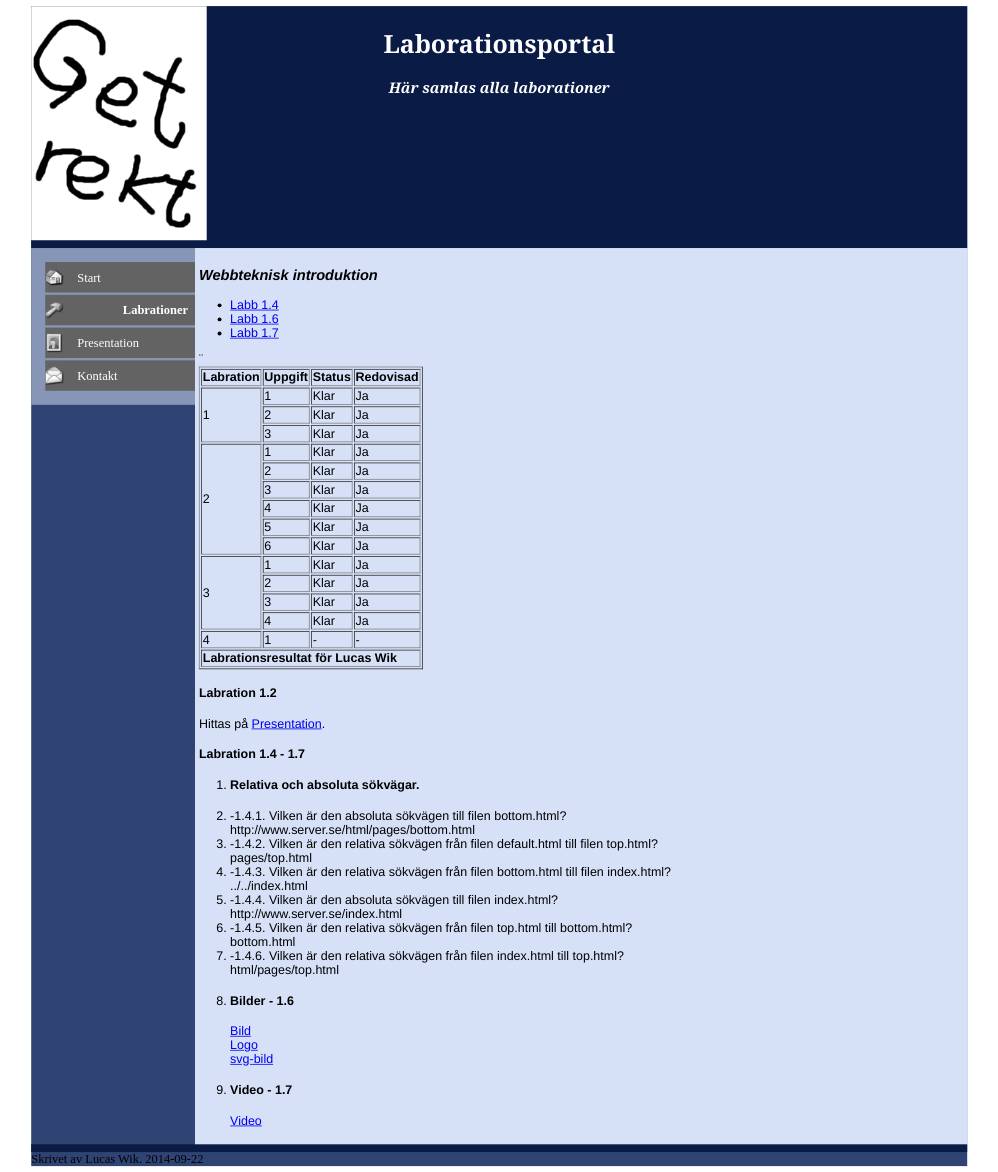
Repository: lw222gz/1ik415-laborationer
Page: Pages/labrationer.html
The author's editor kept a record of every edit. The page is drawn from the files as they stood at one moment, then again after the next edit.
The browser window is 1280 px wide. The pictures show the whole page, at 78% of full size.

Above is the page before.

### Pages/labrationer.html
<!doctype html>
<html lang="sv">
    <head>
        <meta charset="utf-8" />
        <link rel="stylesheet" media="print" href="../Css/print.css" />
        <link rel="apple-touch-icon-precomposed" sizes="72x72" href="../Css/Pics/get%20rekt.png" />
        <link rel="shortcut icon" href="../Css/Pics/get%20rekt.png" />
        <link rel="stylesheet" href="../Css/Style.css" />
        <link rel="stylesheet" media="only screen and (max-device-width: 480px)" href="../Css/Phone.css" />
        <meta content='width=device-width; initial-scale=1.0; maximum-scale=1.0; user-scalable=0;' name='viewport' />
        <title>labrationer</title>
    </head>
<body>
<div id="container">


<header id="header">
<h1>Laborationsportal</h1>
<h3>Här samlas alla laborationer</h3>
</header>

<nav id="navigator">
<ul>
    <li><a id="Start-icon" href="../index.html">Start</a></li>
    <li class="active"><a id="Labrationer-icon" href="labrationer.html">Labrationer</a></li>
    <li><a id="Presentation-icon" href="presentation.html">Presentation</a></li>
    <li><a id="Kontakt-icon" href="kontakt.html">Kontakt</a></li>
</ul>
</nav>

<main id="content">
<h3>Webbteknisk introduktion</h3>
    <ul>
        <li><a href="#1.4">Labb 1.4</a></li>
        <li><a href="#1.6">Labb 1.6</a></li>
        <li><a href="#1.7">Labb 1.7</a></li>
    </ul>

<table border="1">
    <thead>
        <tr>
            <th>Labration</th>
            <th>Uppgift</th>
            <th>Status</th>
            <th>Redovisad</th>
        </tr>
    </thead>

    <tfoot>
        <tr>
            <th colspan="4">Labrationsresultat för Lucas Wik</th>
        </tr>
    </tfoot>

    <tbody>
        <tr>
            <td rowspan=3>1</td>
                                <td>1</td>
                                <td>Klar</td>
                                <td>Ja</td>
        </tr>
        <tr>
                                <td>2</td>
                                <td>Klar</td>
                                <td>Ja</td>
        </tr>
        <tr>
                                <td>3</td>
                                <td>Klar</td>
                                <td>Ja</td>
        </tr>
        <tr>
            <td rowspan=6>2</td>
                                <td>1</td>
                                <td>Klar</td>
                                <td>Ja</td>
        </tr>
        <tr>
                                <td>2</td>
                                <td>Klar</td>
                                <td>Ja</td>
        </tr>
        <tr>
                                <td>3</td>
                                <td>Klar</td>
                                <td>Ja</td>
        </tr>
        <tr>
                                <td>4</td>
                                <td>Klar</td>
                                <td>Ja</td>
        </tr>
        <tr>
                                <td>5</td>
                                <td>Klar</td>
                                <td>Ja</td>
        </tr>
        <tr>
                                <td>6</td>
                                <td>Klar</td>
                                <td>Ja</td>
        </tr>
            <td rowspan=4>3</td>
                                <td>1</td>
                                <td>Klar</td>
                                <td>Ja</td>
        </tr>
        <tr>
                                <td>2</td>
                                <td>Klar</td>
                                <td>Ja</td>
        </tr>
        <tr>
                                <td>3</td>
                                <td>Klar</td>
                                <td>Ja</td>
        </tr>
        <tr>
                                <td>4</td>
                                <td>Klar</td>
                                <td>Ja</td>
        </tr>
        <tr>
            <td>4</td>
                                <td>1</td>
                                <td>-</td>
                                <td>-</td>¨
        </tr>
    </tbody>
</table>


<h4>Labration 1.2</h4>
Hittas på <a href="presentation.html">Presentation</a>.



<h4>Labration 1.4 - 1.7</h4>
<ol>
    <li><a id="1.4"></a><h4>Relativa och absoluta sökvägar.</h4>
        <li>-1.4.1. Vilken är den absoluta sökvägen till filen bottom.html?<br />
                http://www.server.se/html/pages/bottom.html</li>

        <li>-1.4.2. Vilken är den relativa sökvägen från filen default.html till filen top.html?<br />
                pages/top.html</li>

        <li>-1.4.3. Vilken är den relativa sökvägen från filen bottom.html till filen index.html?<br />
                ../../index.html</li>

        <li>-1.4.4. Vilken är den absoluta sökvägen till filen index.html?<br />
                http://www.server.se/index.html</li>

        <li>-1.4.5. Vilken är den relativa sökvägen från filen top.html till bottom.html?<br />
                bottom.html</li>

        <li>-1.4.6. Vilken är den relativa sökvägen från filen index.html till top.html?<br />
                html/pages/top.html</li>


    <li><a id="1.6"></a><h4>Bilder - 1.6</h4>
        <a href="presentation.html#bild">Bild</a><br />
        <a href="../Css/Pics/get%20rekt.png">Logo</a><br />
        <a href="../index.html#grsm">svg-bild</a>
    </li>
    <li><a id="1.7"></a><h4>Video - 1.7</h4>
        <a href="https://1ik415-laborationer-c9-lw222gz_1.c9.io/Videos/index.html#Video">Video</a>
    </li>
</ol>
</main>

<footer id="footer">

</footer>
    Skrivet av Lucas Wik. 2014-09-22
</div>
</div>

</body>
</html>

### Css/Style.css
#header {
        background-color:#0A1C46;
        color:white;
        height:300px;
        text-align:center;
        padding:5px;
        font-family:georgia;

        background-image:url(Pics/get%20rekt.png);
        background-position:top left;
        background-repeat: no-repeat;
        background-size:225px 300px;
        }

#navigator
        {
        float:left;
        width:200px;
        height:auto;
        background-color:#8795B6;
        color:black;
        padding:5px;
        }

#navigator a
        {
        text-indent:30px;
        background-image:url(Pics/sprite.png);
        background-repeat:no-repeat;
        }

#container
        {
        width:1200px;
        background-color:#304474;
        margin:0 auto;
        }

#content
        {
        float:right;
        margin:0px;
        width:980px;
        text-align:left;
        background-color:#D6E0F7;
        padding:5px;
        font-family: helvetica;
        }

#footer
        {
        clear:both;
        text-align:center;
        background-color:#0A1C46;
        color:white;
        padding:5px;
        }

#horizontal
        {
        height:1px;
        width:100%;
        margin-top:5px;
        margin-bottom:5px;
        background-color:#3D3D56;
        }

#hcard-Lucas-Axel-Karl-Wik
{
        padding:5px;
        background-color:#ccc;
        border:1px, solid black;
        font-size:90%;
}


#navigator ul
        {
                margin:5px;
                padding:5px;
                width:200px;
                list-style-type:none;
        }

#navigator ul li a
        {
                text-decoration:none;
                color:white;
                margin:3px;
                padding:10.5px 11px;
                background-color:#636363;
                display:block;
        }

#navigator ul li a:visited
        {
                color:#0944CA;
        }

#navigator ul li a:hover, navigator ul li .current
        {
                 color:white;
                 background-color:#1C1D1F;
        }

#Start-icon { background-position:0 -40px; }

#Start-icon:hover { background-position:0 8px; }

#Labrationer-icon { background-position:0px -136px; }

#Labrationer-icon:hover { background-position:0px -88px; }

#Presentation-icon { background-position:0px -232px; }

#Presentation-icon:hover { background-position:0px -184px; }

#Kontakt-icon { background-position:0px -328px; }

#Kontakt-icon:hover { background-position:0px -280px; }


.active
{
     font-weight:bold;
     text-align:right;
}

.bild
{
        background-image:url(Pics/kugghjul.png);
        background-repeat: no-repeat;
        background-position:top left;
        background-size:25px 25px;
        text-indent:40px;
}

.right { float:right; }

h2
{
        font-style:italic;
        text-decoration:underline;
}

h3 { font-style:oblique; }

fieldset { width:300px; }

### Css/print.css
@media print {

    #navigator, #footer { display:none; }

    video { display:none; }

    a:link:after, a:visited:after { content:" [" attr(href) "] "; }
    a:link { font-weight: bold; text-decoration: underline; color: #06c; }

    body
    {
    background: white;
    line-height: 1.2;
    word-spacing: 1px;
    }

    #content { background: transparent; }

    .right
    {
        position:relative;
        top:500px;
        right: 150px;
    }

     .notshow { display:none; }
}

### Css/Phone.css
@media only screen and (max-device-width: 480px) {

    #header, #navigator, #content, #footer { width:310px; }

    #content, #footer { font-size:12px; }

    #container { width:320px; }

    #content { margin:0; }

    #header { background-image:none; }

    #navigator ul li a { width:240px; }

    body { margin:0; }

    img { width:310px; }

    video { width:310px; }

    fieldset { width:250px; }

    .bild { background-size:20px 20px; }

}

After the next edit:
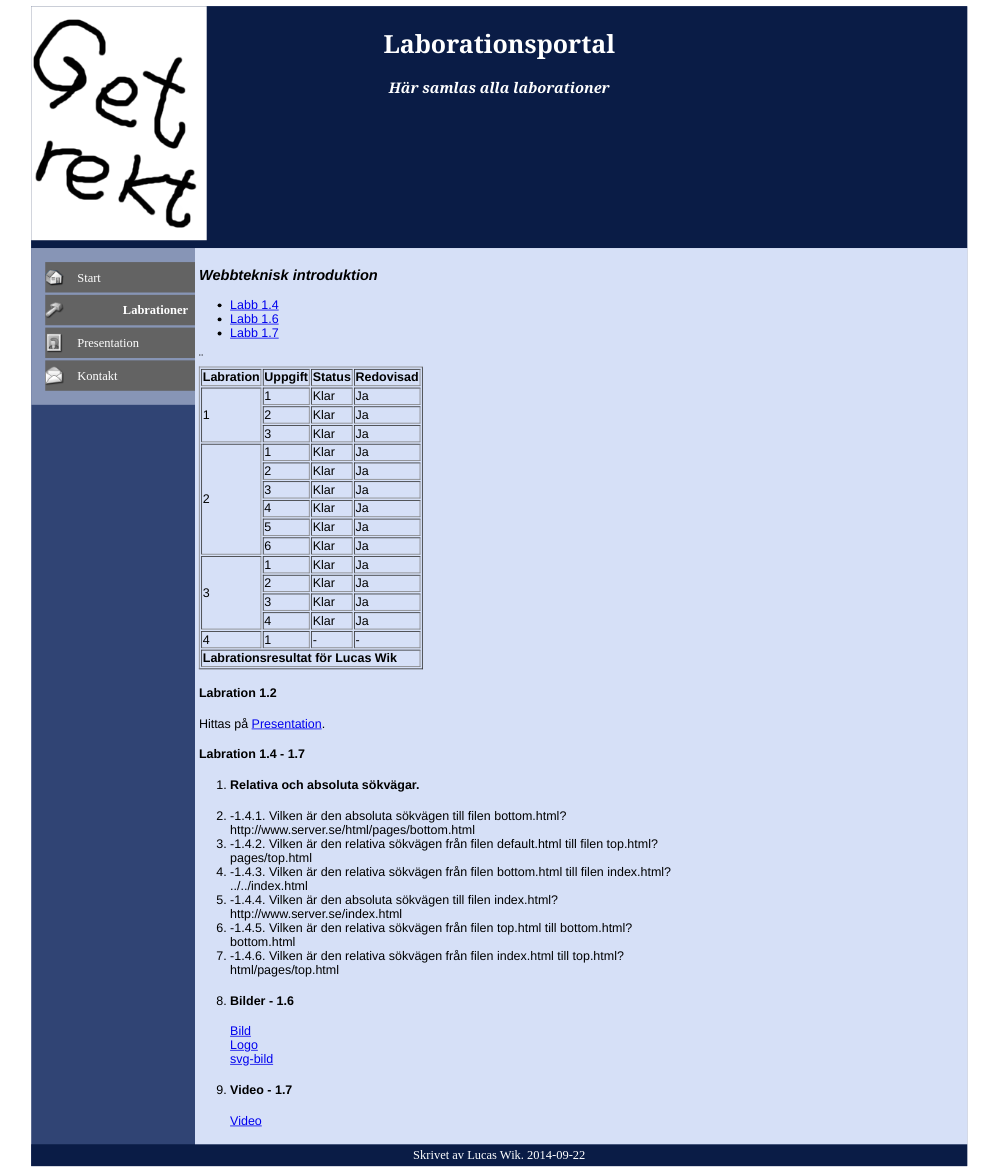
The edit:
--- a/Pages/labrationer.html
+++ b/Pages/labrationer.html
@@ -170,7 +170,7 @@
 
 <footer id="footer">
 
-</footer>
+
     Skrivet av Lucas Wik. 2014-09-22
 </div>
 </div>
